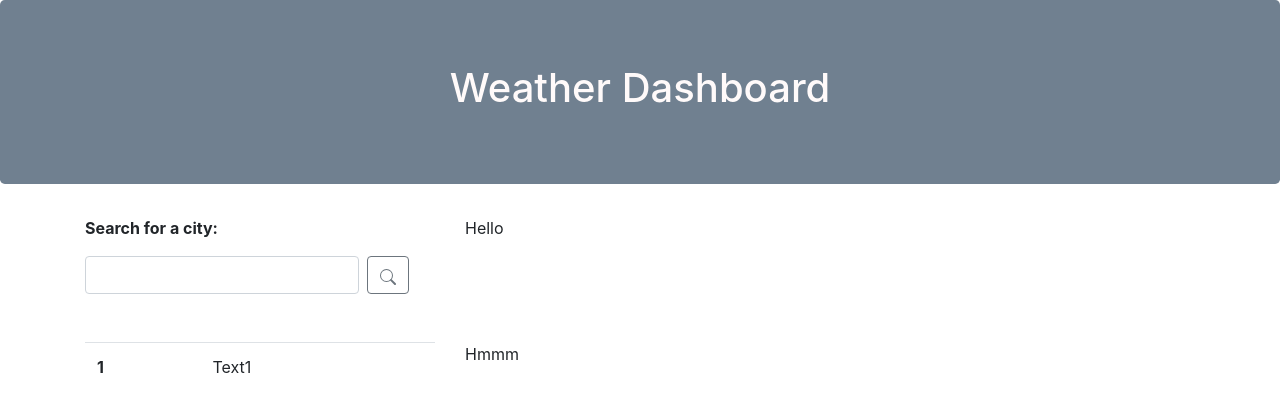
Repository: himaja830/Weather-Dashboard
Page: index.html
These files come from the project's save history. The page is drawn as it stood at one moment and after the next save; the edit follows.
The browser window is 1280 px wide. The pictures show the whole page.

Above is the page before, as saved 2020-06-27 11:23:43.

After the next save:
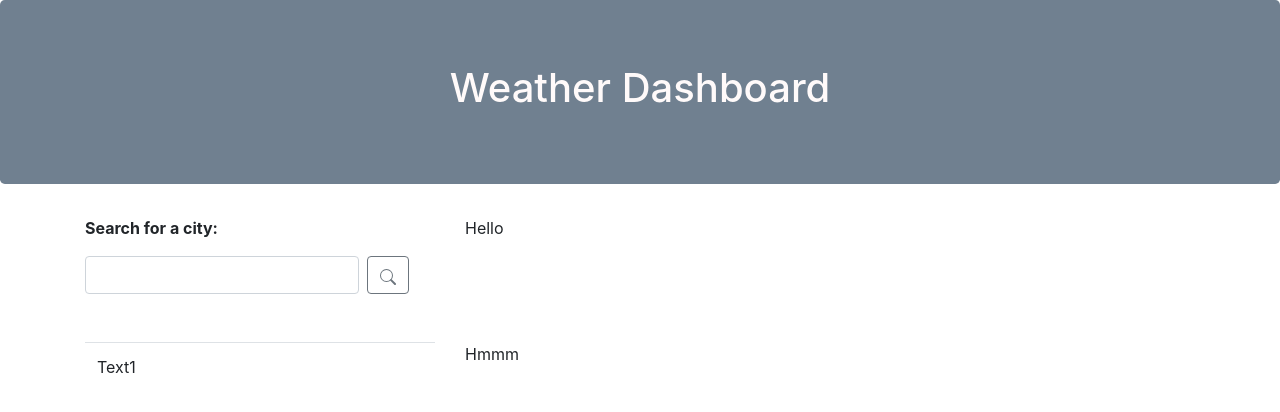
Saved 29 s later.
--- a/index.html
+++ b/index.html
@@ -33,7 +33,7 @@
                 <table class="table">
                 <tbody>
                     <tr>
-                      <th scope="row">1</th>
+
                       <td>Text1</td>
                     </tr>
                 </tbody>
